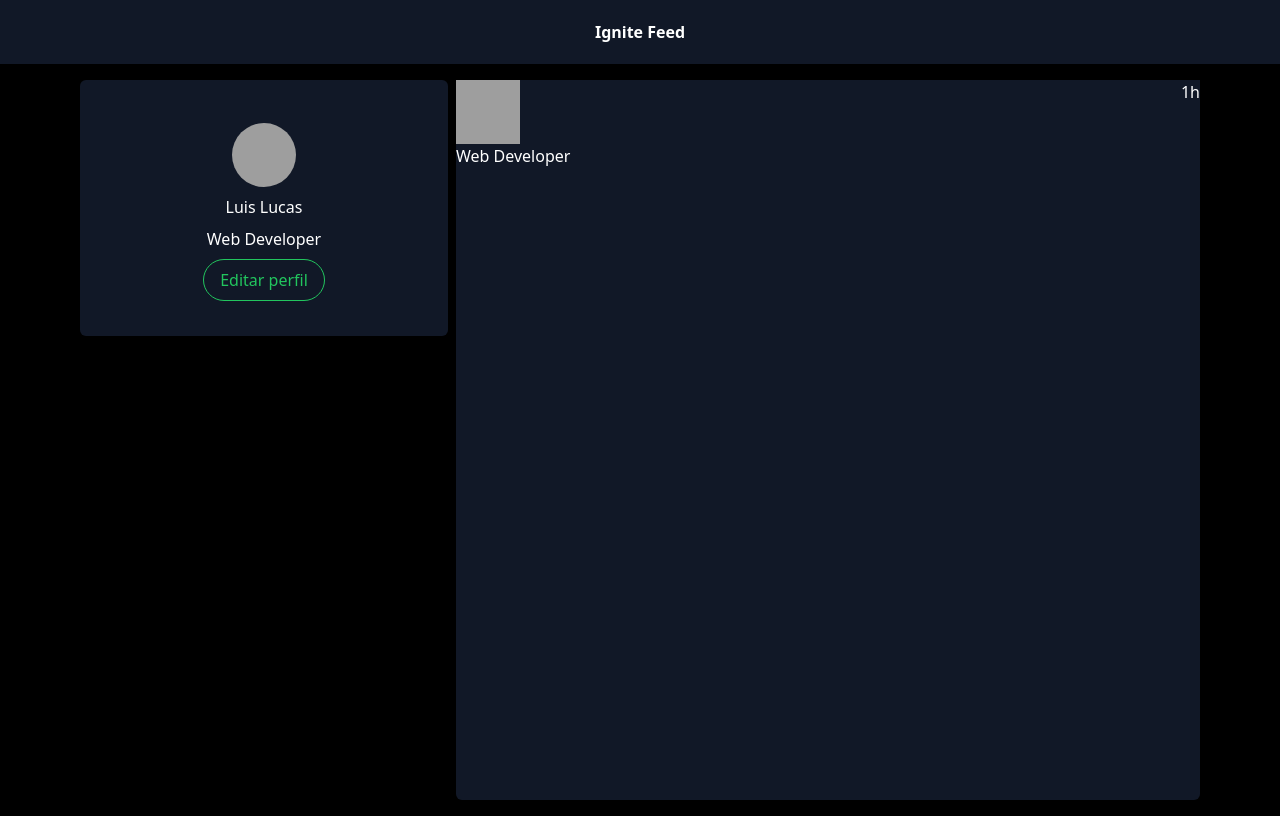
Repository: LuisSempre/ignite-feed
Page: /
An editor plug-in stored every save of this project. The page is shown before and after the next save, followed by the edit.
The browser window is 1280 px wide. The pictures show the whole page.
Pictures or frames that could not be fetched are drawn as grey boxes. The project was rebuilt for these pictures with package versions that can differ from the ones it lists, and the page was loaded fresh each time. Also part of the build but not shown: vite.config.js.

Above is the page before, as saved 2022-07-13 22:52:05.

### src/App.jsx
import { Header } from "./Components/Header"
import { Sidebar } from "./Components/Sidebar"
import { Post } from "./Components/Post"
function App() {
  return (
    <div>
      <Header />
      <div className="max-w-6xl mx-auto p-4 grid grid-cols-3 gap-2 items-start">
        <Sidebar />
        <div className="col-span-2">
         <Post />
        </div>
      </div>
    </div>
  );
}

export default App;

### src/index.css
@tailwind base;
@tailwind components;
@tailwind utilities;

body {
    @apply bg-black text-white;
}

### src/Components/Header.jsx
export function Header() {
  return (
    <div className="flex items-center justify-center h-16 bg-gray-900 mx-auto w-full">
      <h1 className="font-bold bg-gray-900">Ignite Feed</h1>
    </div>
  )
}

### src/Components/Sidebar.jsx
export function Sidebar() {
  return (
    <div className="rounded-md bg-gray-900 justify-center items-center flex flex-col text-center  h-64 space-y-2">
        <span className=" bg-gradient-r from-green-500 via-blue-500"></span>
        <img
          className="w-16 h-16 rounded-full overflow-hidden object-cover"
          src="https://avatars.githubusercontent.com/u/32404639?v=4"
          alt=""
        />
        <h1>Luis Lucas</h1>
        <span>Web Developer</span>
        <a
          href=""
          className="border border-green-500 px-4 py-2 rounded-full text-green-500"
        >
          Editar perfil
        </a>
    </div>
  );
}

### src/Components/Post.jsx
export function Post() {
  return (
    <div className="bg-gray-900 rounded-md h-screen">
      <div className="flex justify-between bg-gray-900">
        <div className="bg-gray-900 flex flex-col">
          <img
            className="h-16 w-16"
            src="https://github.com/luissempre.png"
            alt=""
          />
          <span>Web Developer</span>
        </div>
        <div>
            <time>1h</time>
        </div>
      </div>
    </div>
  );
}

Loaded but not shown: index.html (common file); src/main.jsx (common file); tailwind.config.js (common file)

After the next save:
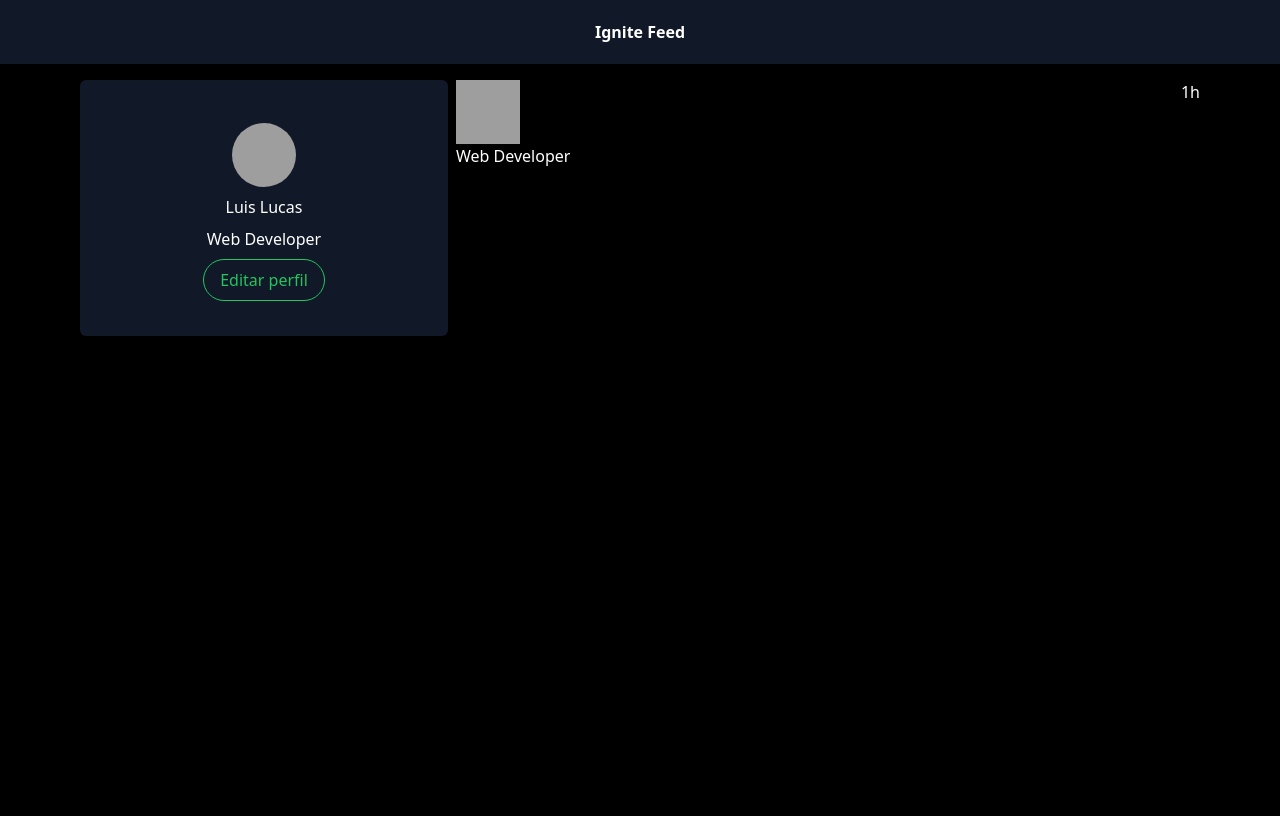
Saved 11 s later.
--- a/src/Components/Post.jsx
+++ b/src/Components/Post.jsx
@@ -1,8 +1,8 @@
 export function Post() {
   return (
-    <div className="bg-gray-900 rounded-md h-screen">
-      <div className="flex justify-between bg-gray-900">
-        <div className="bg-gray-900 flex flex-col">
+    <div className=" rounded-md h-screen">
+      <div className="flex justify-between ">
+        <div className=" flex flex-col">
           <img
             className="h-16 w-16"
             src="https://github.com/luissempre.png"

After the save that followed:
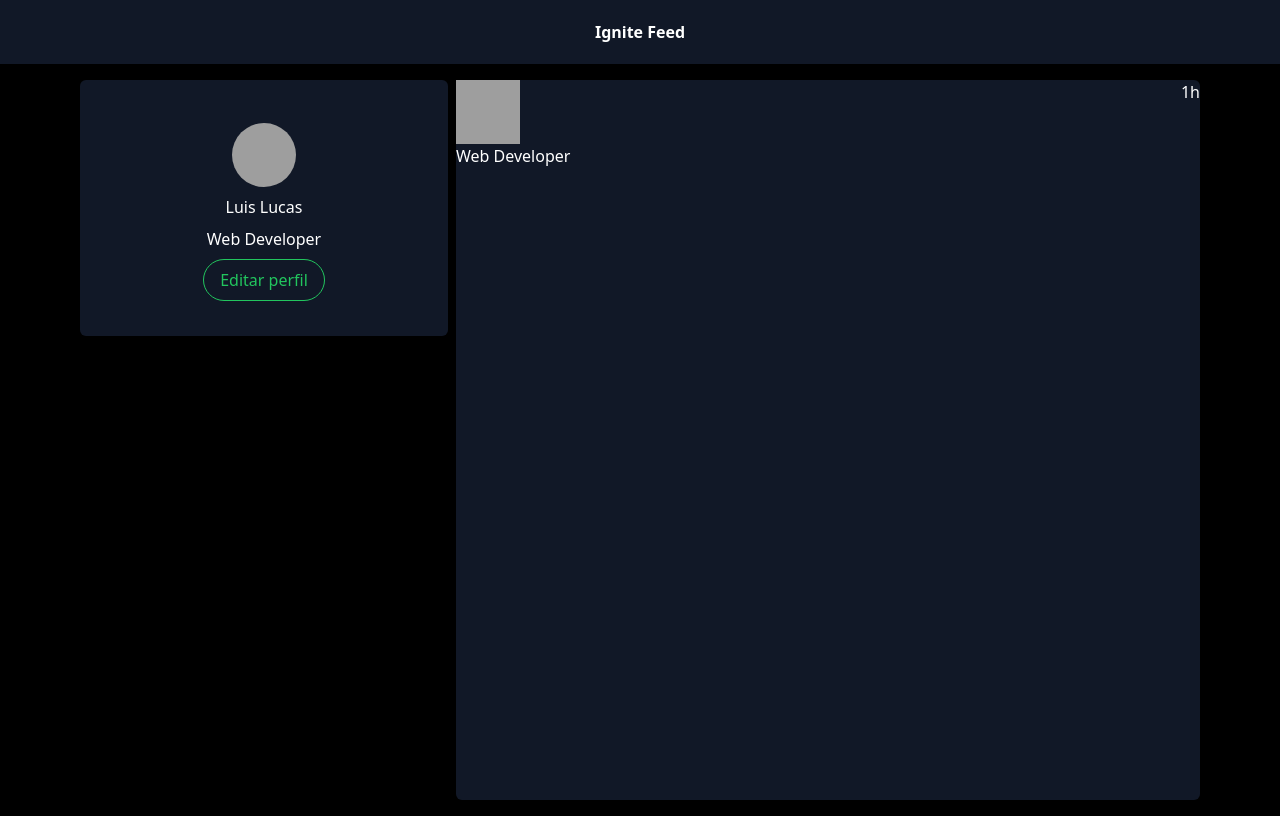
Saved 12 s later.
--- a/src/Components/Post.jsx
+++ b/src/Components/Post.jsx
@@ -1,6 +1,6 @@
 export function Post() {
   return (
-    <div className=" rounded-md h-screen">
+    <div className=" bg-gray-900 rounded-md h-screen">
       <div className="flex justify-between ">
         <div className=" flex flex-col">
           <img
